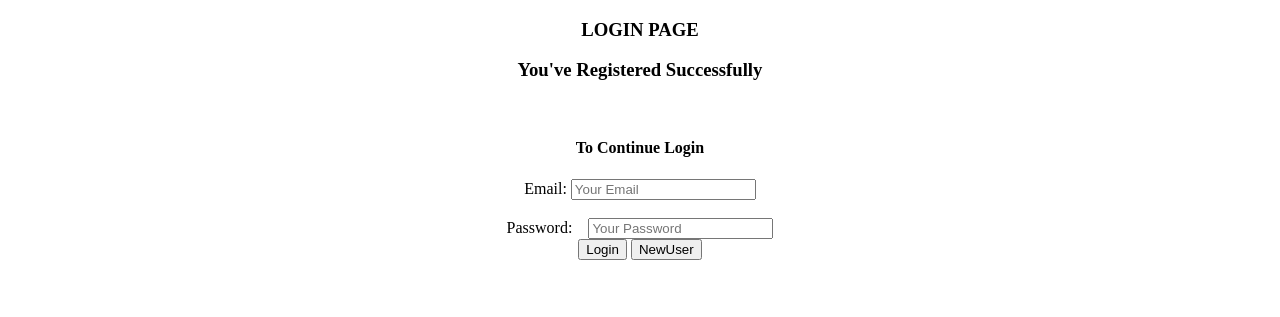
Repository: msibgathulla9980/Servlet
Page: ServletJdbcApp/WebContent/login.html
An editor plug-in stored every save of this project. The page is shown before and after the next save, followed by the edit.
The browser window is 1280 px wide. The pictures show the whole page.

Above is the page before, as saved 2019-01-24 04:27:36.

After the next save:
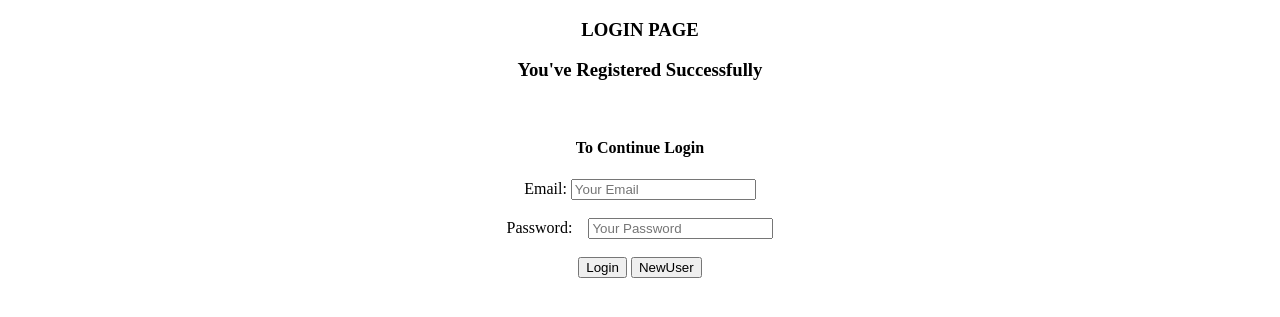
Saved 7 s later.
--- a/ServletJdbcApp/WebContent/login.html
+++ b/ServletJdbcApp/WebContent/login.html
@@ -13,7 +13,7 @@
 Email:
 <input type="email" name="email" placeholder="Your Email" required/><br><br>
 Password:
-&nbsp;&nbsp;&nbsp;<input type="password" name="password" placeholder="Your Password" required/><br>
+&nbsp;&nbsp;&nbsp;<input type="password" name="password" placeholder="Your Password" required/><br><br>
  <a href=Welcome.html><input type="submit" value="Login"/></a>
   <a href=login.html><input type="submit" value="NewUser"/></a>
 </form>
